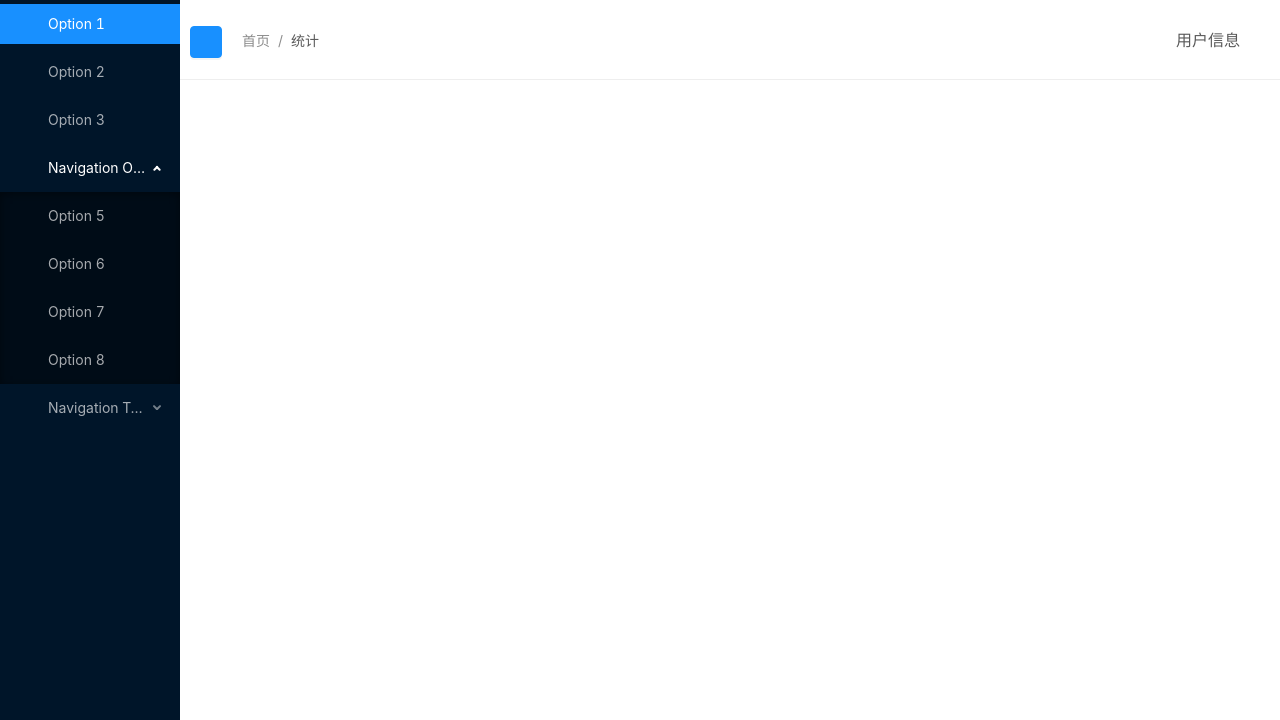
Repository: Ysleave/mall-app
Page: /
These files come from the project's save history. The page is drawn as it stood at one moment and after the next save; the edit follows.
The browser window is 1280 px wide. The pictures show the whole page.
The project was rebuilt for these pictures with package versions that can differ from the ones it lists, and the page was loaded fresh each time.

Above is the page before, as saved 2021-01-15 22:01:56.

After the next save:
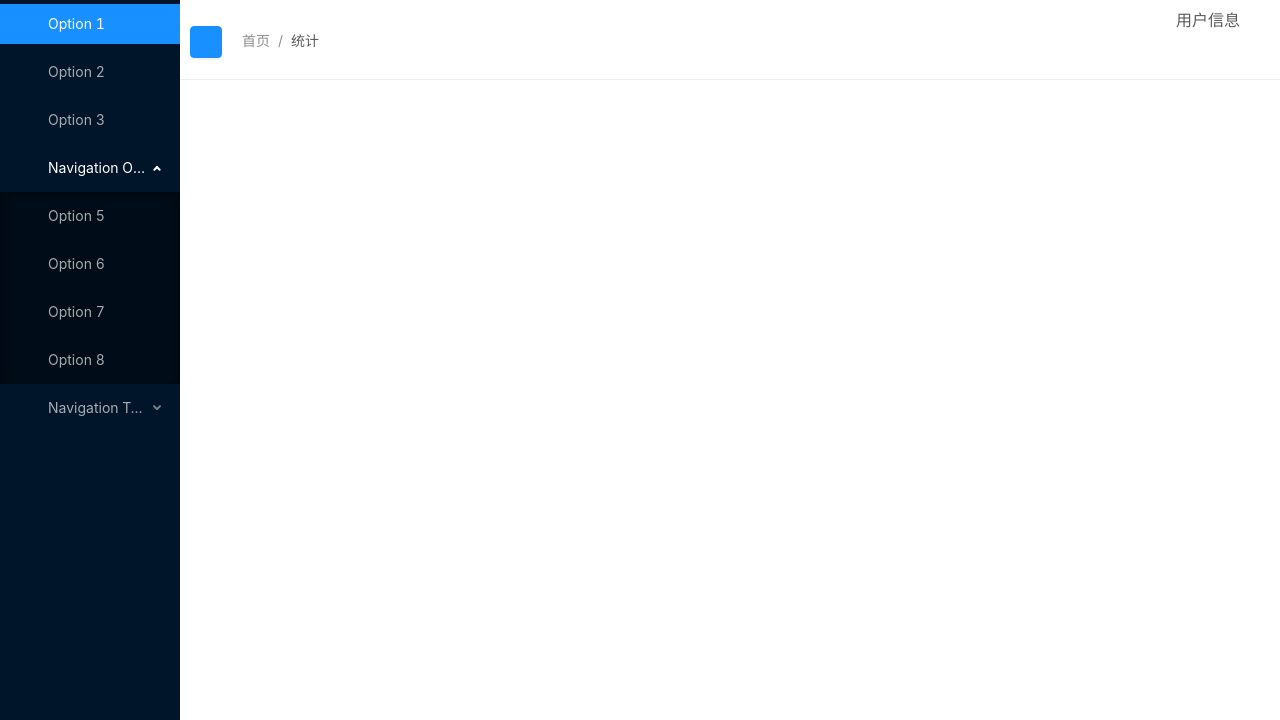
Saved 6 s later.
--- a/src/views/home.vue
+++ b/src/views/home.vue
@@ -57,26 +57,25 @@ export default {
         display: inline-block;
         margin-left: 20px;
       }
-      .userInfo{
+      .userInfo {
         float: right;
         cursor: pointer;
         text-align: center;
-                    //  height: 40px;
-            //  line-height: 40px;
-        li:not(:first-child){
-           display: none;
-           &:hover{
-             background-color: #eee;
-             color: #999;
-             font-weight: 700;
-
-           }
+        height: 40px;
+        line-height: 40px;
+        li:not(:first-child) {
+          display: none;
+          &:hover {
+            background-color: #eee;
+            color: #999;
+            font-weight: 700;
+          }
         }
-        li{
-          padding:0 20px;
+        li {
+          padding: 0 20px;
         }
-        &:hover{
-          li{
+        &:hover {
+          li {
             display: block;
           }
         }
